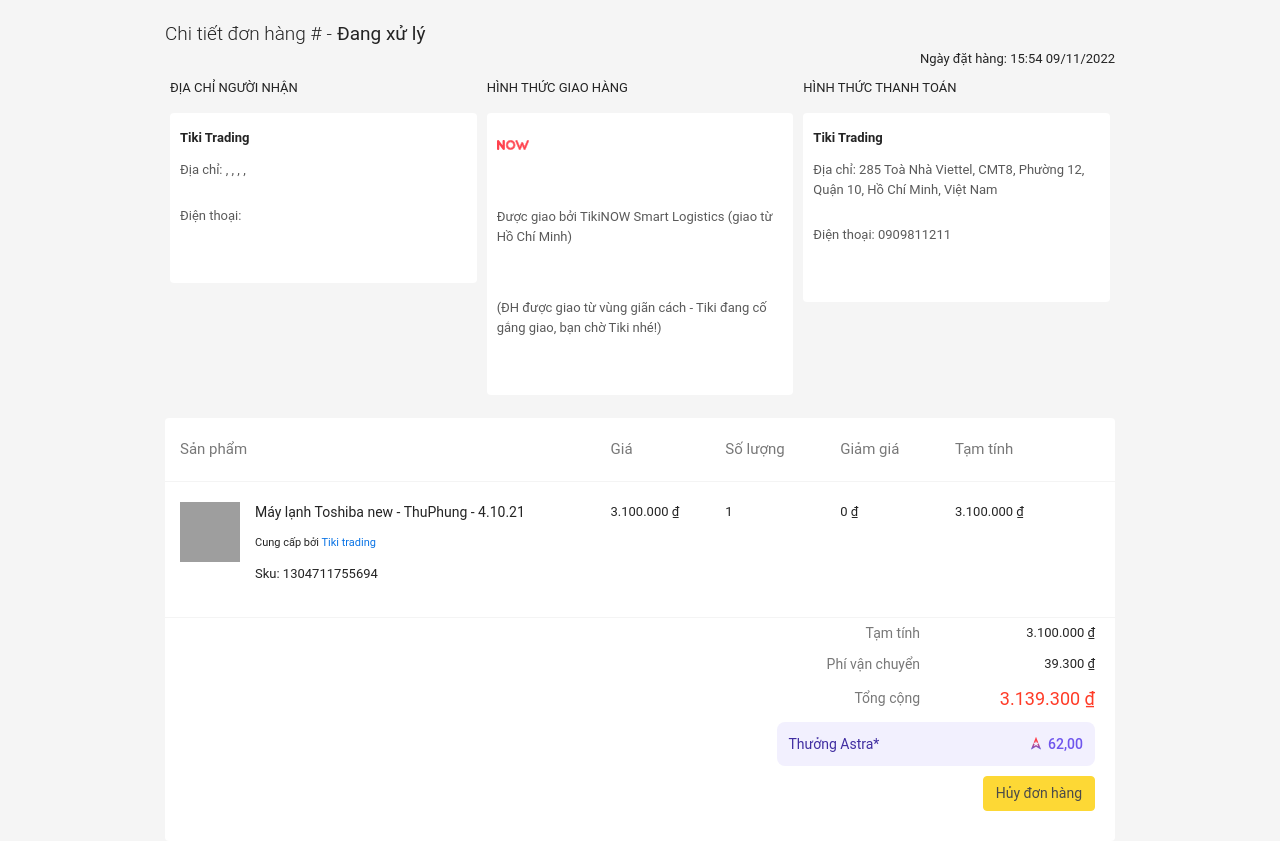
Repository: baopham2-tiki/tiki-order-listing
Page: /detailApp
An editor plug-in stored every save of this project. The page is shown before and after the next save, followed by the edit.
The browser window is 1280 px wide. The pictures show the whole page.
Pictures or frames that could not be fetched are drawn as grey boxes. The page's requests for data from a server got no answer. The project was rebuilt for these pictures with package versions that can differ from the ones it lists, and the page was loaded fresh each time. The framework's server and built-in components were replaced by stand-ins that run in the browser. No one was signed in, and anything a server would have sent is missing. Also part of the build but not shown: next.config.js.

Above is the page before, as saved 2022-11-12 15:34:26.

After the next save:
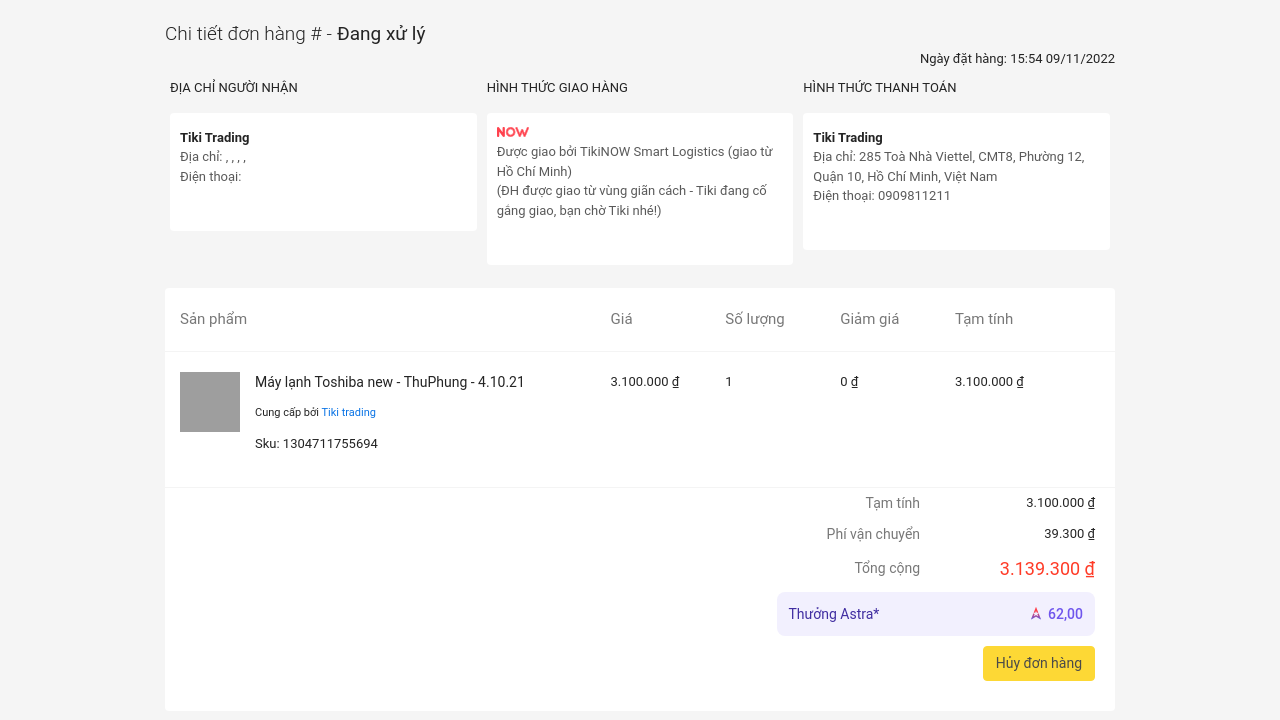
Saved 91 s later.
--- a/components/stylesDetail.jsx
+++ b/components/stylesDetail.jsx
@@ -64,6 +64,9 @@
       margin: 5px 0px 0px;
       color: rgb(36, 36, 36);
       font-weight: bold;
+    }
+    p {
+      margin: 0px;
     }
   }
 `
